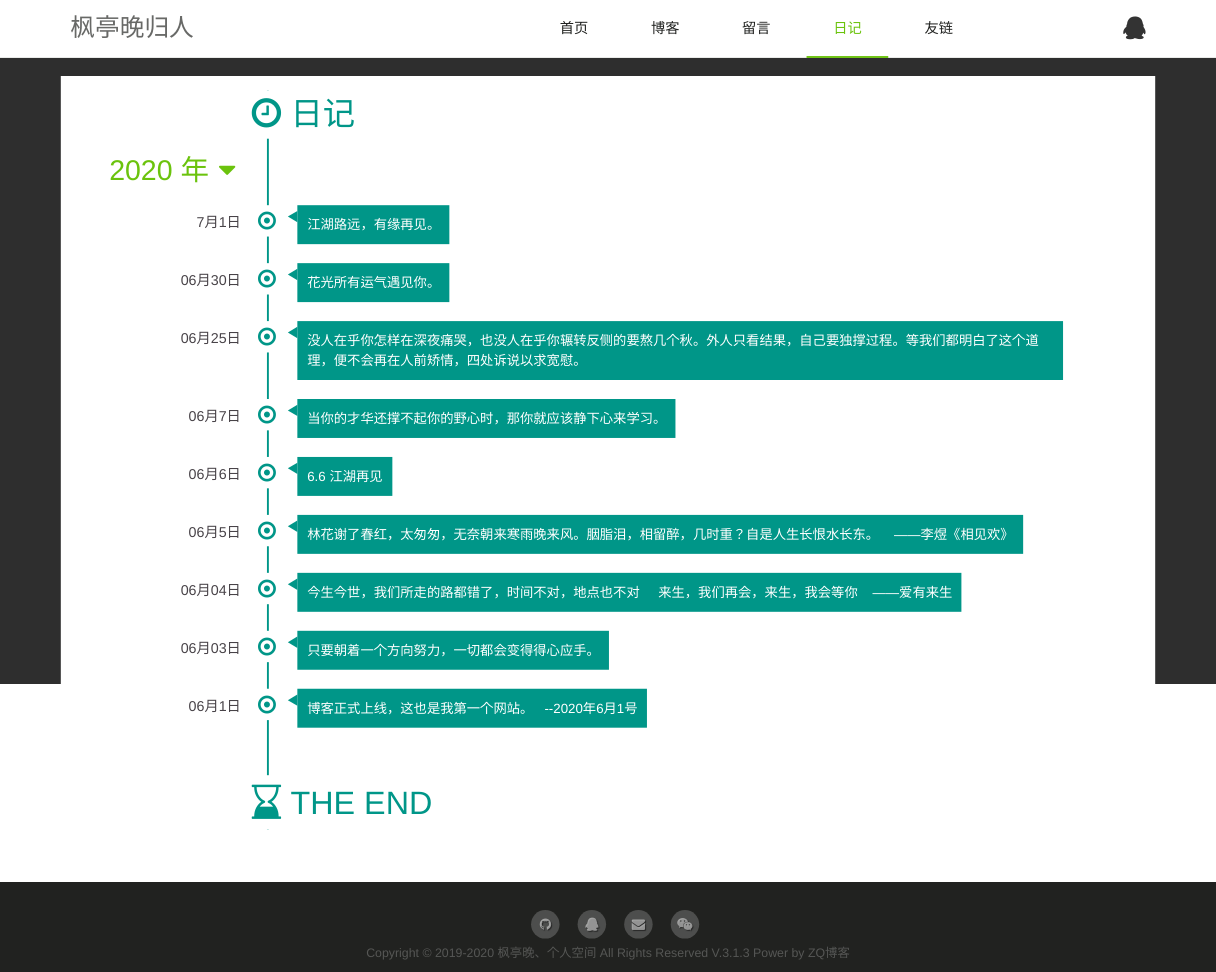
Repository: fengfi9/blog
Page: diary.html
The author's editor kept a copy of each file at every save. The page is drawn from the files as they stood at one save, then again after the next save.
The browser window is 1280 px wide. The pictures show the whole page, at 95% of full size.

Above is the page before, as saved 2020-10-22 14:51:51.

### diary.html
<!DOCTYPE html>
<html>

<head>
    <meta charset="utf-8" />
    <meta http-equiv="X-UA-Compatible" content="IE=edge,chrome=1" />
    <meta name="renderer" content="webkit">
    <meta name="viewport" content="width=device-width" />
    <meta name="author" content="www.lzqcode.com" />
    <meta name="robots" content="all" />
    <title>日记</title>
    <link rel="stylesheet" href="font-awesome/css/font-awesome.min.css">
    <link rel="stylesheet" href="layui/css/layui.css" />
    <link rel="stylesheet" href="css/master.css" />
    <link rel="stylesheet" href="css/gloable.css" />
    <link rel="stylesheet" href="css/nprogress.css" />
    <link rel="stylesheet" href="css/timeline.css" />
</head>

<body>
    <div class="header">
    </div>
    <header class="gird-header">
        <div class="header-fixed">
            <div class="header-inner">
                <a href="javascript:void(0)" class="header-logo" id="logo">枫亭晚归人</a>
                <nav class="nav" id="nav">
                    <ul>
                        <li><a href="index.html">首页</a></li>
                        <li><a href="article.html">博客</a></li>
                        <li><a href="message.html">留言</a></li>
                        <li><a href="diary.html">日记</a></li>
                        <li><a href="link.html">友链</a></li>
                    </ul>
                </nav>
                <a href="#" class="blog-user">
                    <i class="fa fa-qq"></i>
                </a>
                <a class="phone-menu">
                    <i></i>
                    <i></i>
                    <i></i>
                </a>
            </div>
        </div>
    </header>
    <div class="doc-container" id="doc-container">
        <div class="container-fixed">
            <div class="timeline-box shadow">
                <div class="timeline-main">
                    <h1><i class="fa fa-clock-o"></i>日记</h1>
                    <div class="timeline-line"></div>
                    <div class="timeline-year">
                        <h2><a class="yearToggle">2020 年</a><i class="fa fa-caret-down fa-fw"></i></h2>
                        <div class="timeline-month">
                            <ul>
                                <li>
                                    <div class="h4 animated fadeInLeft">
                                        <p class="date">7月1日</p>
                                    </div>
                                    <p class="dot-circle animated "><i class="fa fa-dot-circle-o"></i></p>
                                    <div class="content animated fadeInRight">江湖路远，有缘再见。</div>
                                    <div class="clear"></div>
                                </li>
                                <li>
                                    <div class="h4 animated fadeInLeft">
                                        <p class="date">06月30日</p>
                                    </div>
                                    <p class="dot-circle animated "><i class="fa fa-dot-circle-o"></i></p>
                                    <div class="content animated fadeInRight">花光所有运气遇见你。</div>
                                    <div class="clear"></div>
                                </li>
                                <li>
                                    <div class="h4 animated fadeInLeft">
                                        <p class="date">06月25日</p>
                                    </div>
                                    <p class="dot-circle animated "><i class="fa fa-dot-circle-o"></i></p>
                                    <div class="content animated fadeInRight">
                                        <p><span>没人在乎你怎样在深夜痛哭，也没人在乎你辗转反侧的要熬几个秋。外人只看结果，自己要独撑过程。等我们都明白了这个道理，便不会再在人前矫情，四处诉说以求宽慰。</span>
                                        </p>
                                    </div>
                                    <div class="clear"></div>
                                </li>
                                <li>
                                    <div class="h4 animated fadeInLeft">
                                        <p class="date">06月7日</p>
                                    </div>
                                    <p class="dot-circle animated "><i class="fa fa-dot-circle-o"></i></p>
                                    <div class="content animated fadeInRight">
                                        <p><span>当你的才华还撑不起你的野心时，那你就应该静下心来学习。</span></p>
                                    </div>
                                    <div class="clear"></div>
                                </li>
                                <li>
                                    <div class="h4 animated fadeInLeft">
                                        <p class="date">06月6日</p>
                                    </div>
                                    <p class="dot-circle animated "><i class="fa fa-dot-circle-o"></i></p>
                                    <div class="content animated fadeInRight">
                                        <p>6.6 江湖再见</p>
                                    </div>
                                    <div class="clear"></div>
                                </li>
                                <li>
                                    <div class="h4 animated fadeInLeft">
                                        <p class="date">06月5日</p>
                                    </div>
                                    <p class="dot-circle animated "><i class="fa fa-dot-circle-o"></i></p>
                                    <div class="content animated fadeInRight">
                                        <p><span>林花谢了春红，太匆匆，无奈朝来寒雨晚来风。</span><span>胭脂泪，相留醉，几时重？自是人生长恨水长东。&nbsp;
                                                &nbsp;&nbsp;</span><span>——李煜《相见欢》</span></p>
                                    </div>
                                    <div class="clear"></div>
                                </li>
                                <li>
                                    <div class="h4 animated fadeInLeft">
                                        <p class="date">06月04日</p>
                                    </div>
                                    <p class="dot-circle animated "><i class="fa fa-dot-circle-o"></i></p>
                                    <div class="content animated fadeInRight">
                                        <p style="text-align: left;"><span>今生今世，我们所走的路都错了，时间不对，地点也不对&nbsp; &nbsp;
                                                &nbsp;</span>来生，我们再会，来生，我会等你&nbsp; &nbsp;&nbsp;<span
                                                style="text-align: right;">——</span>爱有来生</p>
                                    </div>
                                    <div class="clear"></div>
                                </li>
                                <li>
                                    <div class="h4 animated fadeInLeft">
                                        <p class="date">06月03日</p>
                                    </div>
                                    <p class="dot-circle animated "><i class="fa fa-dot-circle-o"></i></p>
                                    <div class="content animated fadeInRight">
                                        <p><span>只要朝着一个方向努力，一切都会变得得心应手。</span><span
                                                class="c-gray c-gap-left-small op-imprecise-author"></span></p>
                                    </div>
                                    <div class="clear"></div>
                                </li>
                                <li>
                                    <div class="h4 animated fadeInLeft">
                                        <p class="date">06月1日</p>
                                    </div>
                                    <p class="dot-circle animated "><i class="fa fa-dot-circle-o"></i></p>
                                    <div class="content animated fadeInRight">
                                        <p>博客正式上线，这也是我第一个网站。&nbsp; &nbsp;--2020年6月1号</p>
                                    </div>
                                    <div class="clear"></div>
                                </li>

                            </ul>
                        </div>
                    </div>
                    <h1 style="padding-top:4px;padding-bottom:2px;margin-top:40px;"><i
                            class="fa fa-hourglass-end"></i>THE END</h1>
                </div>
            </div>
        </div>
    </div>
    <footer class="grid-footer">
        <div class="footer-fixed">
            <div class="copyright">
                <div class="info">
                    <div class="contact">
                        <a href="javascript:void(0)" class="github" target="_blank"><i class="fa fa-github"></i></a>
                        <a href="#" class="qq" target="_blank"><i class="fa fa-qq"></i></a>
                        <a href="#" class="email" target="_blank"><i class="fa fa-envelope"></i></a>
                        <a href="javascript:void(0)" class="weixin"><i class="fa fa-weixin"></i></a>
                    </div>
                    <p class="mt05">
                        Copyright &copy; 2019-2020 枫亭晚、个人空间 All Rights Reserved V.3.1.3 Power by ZQ博客
                    </p>
                </div>
            </div>
        </div>
    </footer>
    <script src="layui/layui.js"></script>
    <script src="js/yss/gloable.js"></script>
    <script src="js/plugins/nprogress.js"></script>
    <script src="js/love.js"></script>
    <script>
        NProgress.start();
    </script>
    <script src="js/pagediary.js"></script>
    <script>
        window.onload = function () {
            NProgress.done();
        };
    </script>
</body>

</html>

### css/gloable.css
.f-oh{
    overflow: hidden;
    zoom: 1;
    clear: both;
}
.f-oh a{
    margin-right: 30px;
    color: #565755;
}
.f-oh a:hover{
    text-decoration:underline;
    color:#6bc30d;
}

.fs-12{
    font-size:12px;
}
.fs-14{
    font-size:14px;
}
.fs-16,h6{
    font-size:16px;
}
.fs-18{
    font-size:18px;
}
.fs-24{
    font-size:24px;
}
.fs-32{
    font-size:32px;
}
.f-fr{
    float:right;
}
.fc-blue{
    color: #2ea7e0;
}
.fc-black{
    color:#383937
}
.fc-grey{
    color:#787977;
}
.fc-red{
    color:#ff4351;
}
.f-fwb{
    font-weight:bold;
}
.f-fwn{
    font-weight:normal;
}
.f-fl{
    float:left;
}
.f-vam{
    vertical-align:middle;
}
/*.f-ff-icon{
    font-family:"FontAwesome";
    font-style:normal;
    text-rendering:auto;
}*/
.f-fr{
    float:right;
}
.mt05{
    margin-top:5px;
}
.mt10{
    margin-top:10px;
}
.mt20{
    margin-top:20px;
}
.ml05{
    margin-left:5px;
}
.ml10{
    margin-left:10px;
}
.ml20{
    margin-left:20px;
}
.mr05{
    margin-right:5px;
}
.f-noneselect{
    -webkit-user-select: none;
    user-select: none;
}
.fc-link{
    color: #3e8bc7 !important;
}

.f-cb,.f-cb:after{
    display: block;
    content: " ";
    height: 0;
    visibility: hidden;
    clear: both;
}
.img-light{
    position:relative;
}
.img-light:after {
    content: "";
    height: 100%;
    width: 100px;
    -webkit-transform: skewX(-25deg) translateZ(0);
    transform: skewX(-25deg) translateZ(0);
    background-image: linear-gradient(90deg,hsla(0,0%,100%,0),hsla(0,0%,100%,.3) 50%,hsla(0,0%,100%,0));
    position: absolute;
    left: -160%;
    top: 0;
    z-index: 2;
}
.img-light:hover:after {
    transition: left 1s ease-in-out;
    left: 160%;
}
.grid-page{
    font-size:0;
}
.grid-page a[href]:hover,.grid-page a.p-current{
    color: #fff;
    background-color: #787977;
    text-decoration: none;
}
.grid-page a{
    display: inline-block;
    width: 32px;
    height: 32px;
    line-height: 32px;
    text-align: center;
    font-size: 14px;
    background-color: #fff;
    margin: 0 3px;
    transition: all .3s ease-out;
    cursor: default;
    border-radius: 3px;
    box-shadow: 0 1px 3px rgba(0,0,0,.06);
    color: #787977;
}
.grid-page a.p-current{
    background-color: #6bc30d;
    border-radius: 3px;
}
.grid-page a[href]{
    cursor:pointer;
}
.grid-page a.more{
    background-color: transparent;
    color: #787977;
    cursor: default;
    text-shadow: 0 1px 0 rgba(255,255,255,.6);
}

.checkbox-check {}
.checkbox-label{
    display: inline-block;
    width: 46px;
    height: 26px;
    background-color: #f1f2f0;
    border-radius: 26px;
    vertical-align: middle;
    border: 1px solid #e8e9e7;
    position: relative;
    font-size: 0;
    cursor: pointer;
    transition: all .3s ease;
}
.checkbox-label:after{
    content: '';
    display: inline-block;
    width: 26px;
    height: 26px;
    border: 1px solid #e8e9e7;
    background-color: #fff;
    border-radius: 100%;
    position: absolute;
    top: -1px;
    left: 0;
    transition: all .3s ease;
}
.checkbox-check:checked~.checkbox-label{
    background-color: #6bc30d;
    border-color: #6bc30d;
}
.checkbox-check:checked~.checkbox-label:after{
    transform: translate3d(20px,0,0);
    border-color: #6bc30d;
}

.u-label {
    display: inline-block;
    border: 1px solid #e8e9e7;
    padding: 5px;
    overflow: hidden;
    position: relative;
    vertical-align: middle;
    transition: background-color .3s;
}
.u-label.input{
    padding: 0 5px 0 30px;
    min-width: 140px;
    background-color: #fff;
}
.u-label.button{
    border: none;
    padding: 0;
}
.u-btn-sub{
    border: none;
    display: inline-block;
    height: 24px;
    line-height: 24px;
    padding: 6px 0;
    text-align: center;
    width: 90px;
    background-color: #70ca10;
    color: #fff;
    -webkit-transition: all .3s;
    transition: all .3s;
    box-sizing: content-box;
    text-decoration: none!important;
}

### css/nprogress.css
/* Make clicks pass-through */
#nprogress {
  pointer-events: none;
}

#nprogress .bar {
  background: #29d;

  position: fixed;
  z-index: 99999;
  top: 0;
  left: 0;

  width: 100%;
  height: 2px;
}

/* Fancy blur effect*/
#nprogress .peg {
  display: block;
  position: absolute;
  right: 0px;
  width: 100px;
  height: 100%;
  box-shadow: 0 0 10px #29d, 0 0 5px #29d;
  opacity: 1.0;

  -webkit-transform: rotate(3deg) translate(0px, -4px);
      -ms-transform: rotate(3deg) translate(0px, -4px);
          transform: rotate(3deg) translate(0px, -4px);
}

/* Remove these to get rid of the spinner */
#nprogress .spinner {
  display: block;
  position: fixed;
  z-index: 99999;
  top: 15px;
  right: 15px;
}

#nprogress .spinner-icon {
  width: 18px;
  height: 18px;
  box-sizing: border-box;

  border: solid 2px transparent;
  border-top-color: #29d;
  border-left-color: #29d;
  border-radius: 50%;

  -webkit-animation: nprogress-spinner 400ms linear infinite;
          animation: nprogress-spinner 400ms linear infinite;
}

.nprogress-custom-parent {
  overflow: hidden;
  position: relative;
}

.nprogress-custom-parent #nprogress .spinner,
.nprogress-custom-parent #nprogress .bar {
  position: absolute;
}

@-webkit-keyframes nprogress-spinner {
  0%   { -webkit-transform: rotate(0deg); }
  100% { -webkit-transform: rotate(360deg); }
}
@keyframes nprogress-spinner {
  0%   { transform: rotate(0deg); }
  100% { transform: rotate(360deg); }
}

### css/timeline.css
.clear {
    clear: both;
}
.timeline-box {
    background: #fff;
    padding: 8px;
    position: relative;
    min-height: 90vh;
    margin-top:20px;
}
.timeline-main {
    position: relative;
    min-height: 85vh;
}

    .timeline-main > h1 {
        font-size: 18px;
        background: #fff;
        z-index: 1;
        position: relative;
        color: #484348;
        margin-left: 33%; /*畇못꼇連넣 calc()돨啞응포*/
        margin-left: -moz-calc(35% - 7px);
        margin-left: -webkit-calc(35% - 7px);
        margin-left: calc(35% - 7px);
    }

        .timeline-main > h1 > i {
            padding-right: 10px;
            font-size: 20px;
        }

        .timeline-main > h1 > span {
            display: none;
        }

    .timeline-main h2,
    .timeline-main h3 {
        width: 31%;
        text-align: right;
    }

        .timeline-main h2,
        .timeline-main h2 > a {
            font-size: 16px;
            margin: 5px 0;
            color: #6bc30d;
        }

        .timeline-main h3,
        .timeline-main h3 > a {
            font-size: 14px;
            margin: 2px 0;
            color: #FF5722;
        }

.timeline-month > ul > li {
    padding: 10px 0;
}

    .timeline-month > ul > li .h4 {
        display: inline-block;
        width: 31%;
        text-align: right;
        float: left;
    }

.date {
    display: inline-block;
    padding: 2px 5px;
    color: #484348;
    font-size: 15px;
    margin-top:5px;
}

.dot-circle {
    color: #009688;
    width: 8%;
    text-align: center;
    font-size: 22px;
    z-index: 1;
    position: relative;
    background: #fff;
    float: left;
}

.content {
    max-width: 50%;
    float: left;
    padding: 10px;
    margin-left: 10px;
    position: relative;
    z-index: 1;
    background: #009688;
    color: #fff;
}
    .content img{width:100%}
    .content::before {
        position: absolute;
        left: -20px;
        top: 6px;
        height: 0;
        width: 0;
        content: '';
        border: 10px solid rgba(255, 255, 255, 0.00);
        border-top: 6px solid rgba(255, 255, 255, 0.00);
        border-bottom: 6px solid rgba(255, 255, 255, 0.00);
        border-right-color: #009688;
    }

.timeline-line {
    position: absolute;
    left: 35%;
    top: 0;
    height: 100%;
    width: 2px;
    background: #009688;
    z-index: 0;
}

.timeline-year {
    margin: 10px 0;
}



/* 鬼팁캥（틱겼，댕黨된黨 768px） */
@media (min-width: 768px) {
    .timeline-box {
        background: #fff;
        padding: 15px;
        position: relative;
        min-height: 90vh;
    }

    .timeline-main > h1 {
        font-size: 26px;
        margin-left: 16%; /*畇못꼇連넣calc()돨啞응포*/
        margin-left: -moz-calc(18% - 13px);
        margin-left: -webkit-calc(18% - 13px);
        margin-left: calc(18% -13px);
    }

        .timeline-main > h1 > i {
            font-size: 30px;
        }

        .timeline-main > h1 > span {
            display: inline;
        }

    .timeline-main h2,
    .timeline-main h3 {
        width: 16%;
    }

        .timeline-main h2,
        .timeline-main h2 > a {
            font-size: 24px;
        }

        .timeline-main h3,
        .timeline-main h3 > a {
            font-size: 20px;
        }

    .timeline-month > ul > li .h4 {
        width: 16%;
    }

    .dot-circle {
        width: 4%;
        font-size: 22px;
    }

    .content {
        max-width: 70%;
    }

    .timeline-line {
        left: 18%;
    }
}

/* 櫓된팁캥（戮충鞫刻포，댕黨된黨 992px） */
@media (min-width: 992px) {
    .timeline-main > h1 {
        font-size: 34px;
        background: #fff;
        z-index: 1;
        position: relative;
        color: #009688;
        margin-left: 17%; /*畇못꼇連넣calc()돨啞응포*/
        margin-left: -moz-calc(18% - 16px);
        margin-left: -webkit-calc(18% - 16px);
        margin-left: calc(18% - 16px);
    }

        .timeline-main > h1 > i {
            font-size: 36px;
        }

    .timeline-main h2,
    .timeline-main h2 > a {
        font-size: 30px;
    }

    .timeline-main h3,
    .timeline-main h3 > a {
        font-size: 24px;
    }
}

Loaded but not shown: font-awesome/css/font-awesome.min.css (library); layui/css/layui.css (library); layui/layui.js (library); js/plugins/nprogress.js (library); js/pagediary.js (common file); layui/lay/modules/jquery.js (library); layui/lay/modules/layer.js (library); layui/css/modules/layer/default/layer.css (library); js/love.js (64 lines, source omitted); layui/lay/modules/util.js (2 lines, source omitted); layui/lay/modules/flow.js (2 lines, source omitted); js/yss/gloable.js (41 lines, source omitted); css/master.css (77 lines, source omitted)

After the next save:
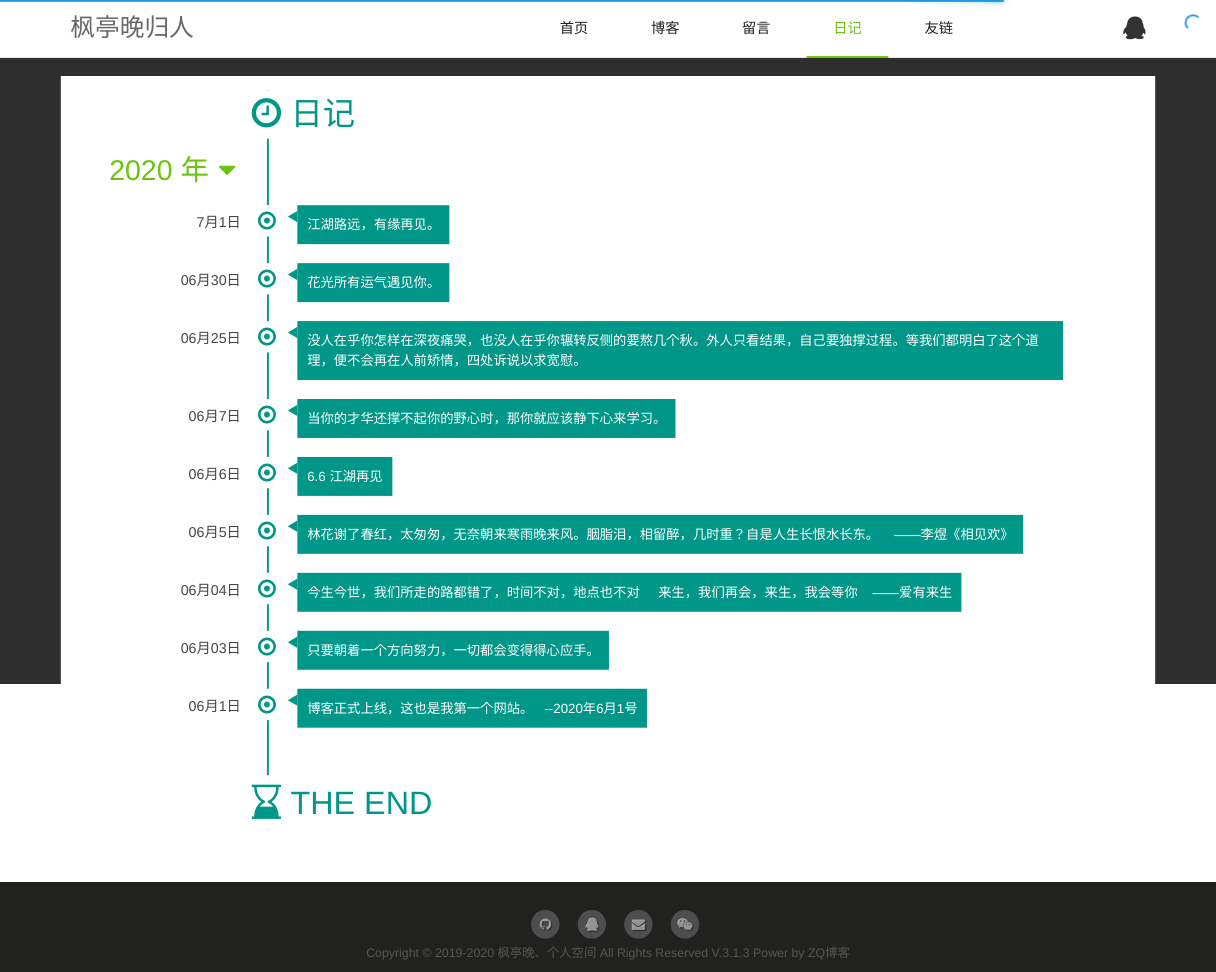
Console error: SyntaxError: Unexpected token '<'
Saved 10 min 58 s later.
--- a/diary.html
+++ b/diary.html
@@ -184,6 +184,56 @@
         window.onload = function () {
             NProgress.done();
         };
+        <li>
+            <div class="h4 animated fadeInLeft">
+                <p class="date">06月1日</p>
+            </div>
+            <p class="dot-circle animated "><i class="fa fa-dot-circle-o"></i></p>
+            <div class="content animated fadeInRight">
+                <p>博客正式上线，这也是我第一个网站。&nbsp; &nbsp;--2020年6月1号</p>
+            </div>
+            <div class="clear"></div>
+        </li>
+        // 循环日记
+        var diaryS = [
+            {
+                time:"6月1日",
+                content:"博客正式上线，这也是我第一个网站。"
+            },
+            {
+                time:"6月1日",
+                content:"博客正式上线，这也是我第一个网站。"
+            },
+            {
+                time:"6月1日",
+                content:"博客正式上线，这也是我第一个网站。"
+            },
+            {
+                time:"6月1日",
+                content:"博客正式上线，这也是我第一个网站。"
+            },
+            {
+                time:"6月1日",
+                content:"博客正式上线，这也是我第一个网站。"
+            },
+            {
+                time:"6月1日",
+                content:"博客正式上线，这也是我第一个网站。"
+            }
+        ];
+        $.each(diaryS,function(i,val){
+            var diaryCont = "<li>"+
+                                "<div class='h4 animated fadeInLeft'>"+
+                                    "<p class='date'>"+val.time+"</p>"+
+                                "</div>"+
+                                "<p class='dot-circle animated'><i class='fa fa-dot-circle-o'></i></p>"+
+                                "<div class='content animated fadeInRight'>"+
+                                    "<p>"+val.content+"</p>"+
+                                "</div>"+
+                                "<div class='clear'></div>"+
+                            "</li>"
+            // $(".timeline-month").
+        })
     </script>
 </body>
 
